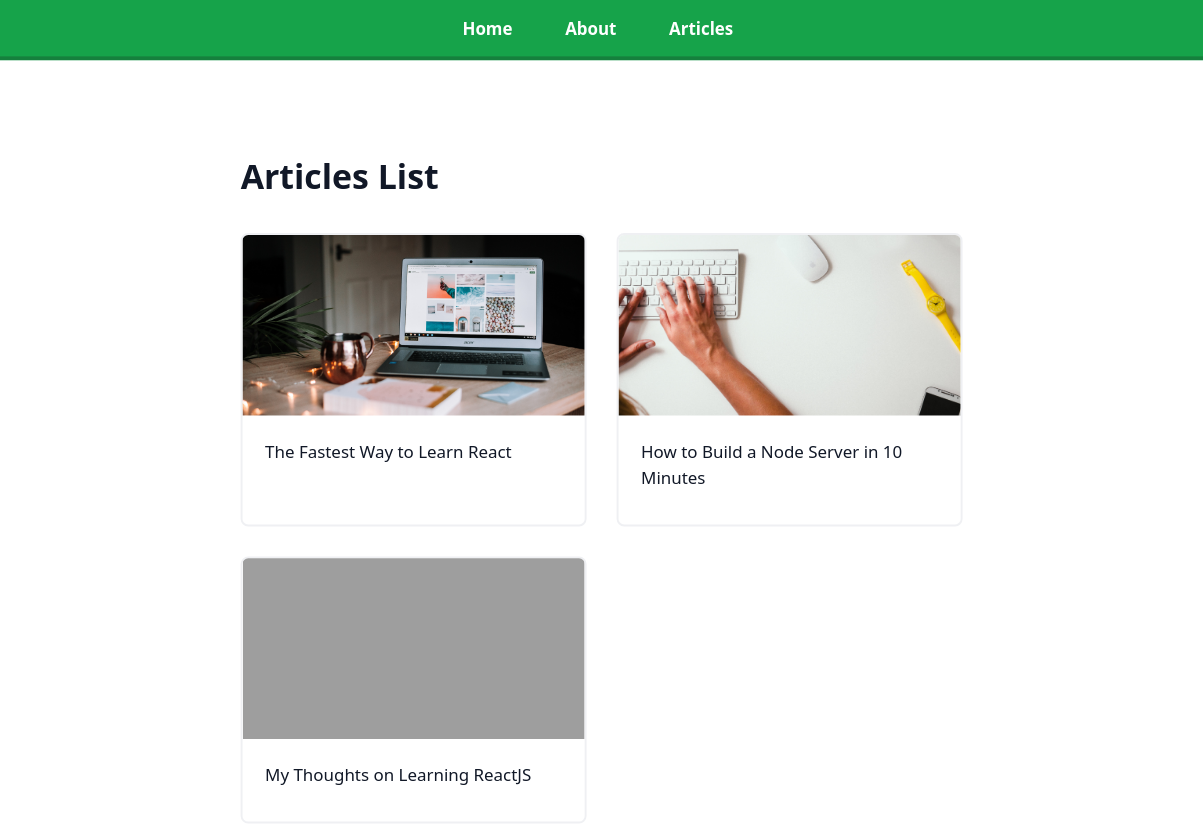
Repository: wenxi0504/BLOG
Page: /articles-list (app in client/)
These files come from the project's save history. The page is drawn as it stood at one moment and after the next save; the edit follows.
The browser window is 1280 px wide. The pictures show the whole page, at 94% of full size.
Pictures or frames that could not be fetched are drawn as grey boxes. The project was rebuilt for these pictures with package versions that can differ from the ones it lists, and the page was loaded fresh each time. Also part of the build but not shown: client/src/pages/Home.js, client/src/pages/About.js, client/src/pages/Article.js.

Above is the page before, as saved 2022-09-08 15:31:26.

### client/src/App.js
import { BrowserRouter as Router,Route, Routes } from 'react-router-dom';
//pages
import Home from './pages/Home'
import About from './pages/About'
import Article from './pages/Article'
import ArticlesList from './pages/ArticlesList'
import Navbar from './components/Navbar';

function App() {
  return (
    <Router>
      <Navbar/>
    <div className='max-w-screen-md mx-auto pt-20'>
    <Routes>
          <Route path="/" element={<Home />} />
          <Route path="/about" element={<About />} />
          <Route path="/articles-list" element={<ArticlesList />} />
           <Route path="/article/:name" element={<Article/> } />
          </Routes>
      </div>
      </Router>
  );
}

export default App;

### client/src/pages/ArticlesList.js
import React from 'react'
import articleContent from './articleContent'
import { Link} from 'react-router-dom'

const ArticlesList = () => {
  return (
      <div>
          <h1 className='sm:text-4xl text-2xl font-bold my-6 text-gray-900'>Articles List</h1>
          <div className="container py-4 mx-auto">
              <div className="flex flex-wrap -m-4">
                  {articleContent.map((article, index) => (
                      <div key={index} className="p-4 md:w-1/2">
                          <div className="h-full border-2 border-gray-200 border-opacity-60 rounded-lg overflow-hidden">
                              <Link to={`/article/${article.name}`}>
                                  <img className='lg:h-48 md:h-36 w-full object-cover object-center' src={ article.thumbnail} alt="blog"/>
                              </Link>
                              <div className='p-6'>
                                  <Link key={index} to={`/article/${article.name}`}>
                                      <h3 className="text-lg font-medium text-gray-900 mb-3">{ article.title}</h3>
                                  </Link>

                              </div>
                          </div>
                      </div>
                  ))}
              </div>
          </div>

    </div>
  )
}

export default ArticlesList

### client/src/components/Navbar.js
import React from 'react'
import { Link} from 'react-router-dom'

const Navbar = () => {
  return (
      <nav className="border-b-4 border-green-700 text-center bg-green-600 font-bold w-full text-lg text-white " fixed top-0>
          <ul>
              <li className='inline-block py-4'>
                  <Link to="/" className='pl-6 pr-8'>Home </Link>
              </li>
              <li className='inline-block py-4'>
                  <Link to="/about" className='pl-6 pr-8'>About</Link>
              </li>
              <li className='inline-block py-4'>
                  <Link to="/articles-list" className='pl-6 pr-8'>Articles </Link>
              </li>
        </ul>
      </nav>
  )
}

export default Navbar

### client/src/pages/articleContent.js
const articles = [
  {
    name: "learn-react",
    title: "The Fastest Way to Learn React",
    thumbnail: "/images/blog1.jpeg",
    content: [
      `Welcome! Today we're going to be talking about the fastest way to learn React. Lorem proin congue ligula id risus posuere, vel eleifend ex egestas. Sed in turpis leo. Aliquam malesuada in massa tincidunt egestas. Nam consectetur varius turpis, non porta arcu porttitor non. In tincidunt vulputate nulla quis egestas. Ut eleifend ut ipsum non fringilla. Praesent imperdiet nulla nec est luctus, at sodales purus euismod.`,
      `Donec vel mauris lectus. Etiam nec lectus urna. Sed sodales ultrices dapibus. Nam blandit tristique risus, eget accumsan nisl interdum eu. Aenean ac accumsan nisi. Nunc vel pulvinar diam. Nam eleifend egestas viverra. Donec finibus lectus sed lorem ultricies, eget ornare leo luctus. Morbi vehicula, nulla eu tempor interdum, nibh elit congue tellus, ac vulputate urna lorem nec nisi. Morbi id consequat quam. Vivamus accumsan dui in facilisis aliquet.`,
      `Etiam nec lectus urna. Sed sodales ultrices dapibus. Nam blandit tristique risus, eget accumsan nisl interdum eu. Aenean ac accumsan nisi. Nunc vel pulvinar diam. Nam eleifend egestas viverra. Donec finibus lectus sed lorem ultricies, eget ornare leo luctus. Morbi vehicula, nulla eu tempor interdum, nibh elit congue tellus, ac vulputate urna lorem nec nisi. Morbi id consequat quam. Vivamus accumsan dui in facilisis aliquet.`,
    ],
  },
  {
    name: "learn-node",
    title: "How to Build a Node Server in 10 Minutes",
    thumbnail: "/images/blog2.jpeg",
    content: [
      `In this article, we're going to be talking looking at a very quick way to set up a Node.js server. We'll be discussing some topics such as proin congue ligula id risus posuere, vel eleifend ex egestas. Sed in turpis leo. Aliquam malesuada in massa tincidunt egestas. Nam consectetur varius turpis, non porta arcu porttitor non. In tincidunt vulputate nulla quis egestas. Ut eleifend ut ipsum non fringilla. Praesent imperdiet nulla nec est luctus, at sodales purus euismod.`,
      `Donec vel mauris lectus. Etiam nec lectus urna. Sed sodales ultrices dapibus. Nam blandit tristique risus, eget accumsan nisl interdum eu. Aenean ac accumsan nisi. Nunc vel pulvinar diam. Nam eleifend egestas viverra. Donec finibus lectus sed lorem ultricies, eget ornare leo luctus. Morbi vehicula, nulla eu tempor interdum, nibh elit congue tellus, ac vulputate urna lorem nec nisi. Morbi id consequat quam. Vivamus accumsan dui in facilisis aliquet.`,
      `Etiam nec lectus urna. Sed sodales ultrices dapibus. Nam blandit tristique risus, eget accumsan nisl interdum eu. Aenean ac accumsan nisi. Nunc vel pulvinar diam. Nam eleifend egestas viverra. Donec finibus lectus sed lorem ultricies, eget ornare leo luctus. Morbi vehicula, nulla eu tempor interdum, nibh elit congue tellus, ac vulputate urna lorem nec nisi. Morbi id consequat quam. Vivamus accumsan dui in facilisis aliquet.`,
    ],
  },
  {
    name: "my-thoughts-on-learning-react",
    title: "My Thoughts on Learning ReactJS",
    thumbnail: "/images/blog3.jpeg",
    content: [
      `Today is the day I talk about something which scares most people: Learning ReactJS. In reality, I'm not sure why people have such a hard time with Learning ReactJS ligula id risus posuere, vel eleifend ex egestas. Sed in turpis leo. Aliquam malesuada in massa tincidunt egestas. Nam consectetur varius turpis, non porta arcu porttitor non. In tincidunt vulputate nulla quis egestas. Ut eleifend ut ipsum non fringilla. Praesent imperdiet nulla nec est luctus, at sodales purus euismod.`,
      `Donec vel mauris lectus. Etiam nec lectus urna. Sed sodales ultrices dapibus. Nam blandit tristique risus, eget accumsan nisl interdum eu. Aenean ac accumsan nisi. Nunc vel pulvinar diam. Nam eleifend egestas viverra. Donec finibus lectus sed lorem ultricies, eget ornare leo luctus. Morbi vehicula, nulla eu tempor interdum, nibh elit congue tellus, ac vulputate urna lorem nec nisi. Morbi id consequat quam. Vivamus accumsan dui in facilisis aliquet.`,
      `Etiam nec lectus urna. Sed sodales ultrices dapibus. Nam blandit tristique risus, eget accumsan nisl interdum eu. Aenean ac accumsan nisi. Nunc vel pulvinar diam. Nam eleifend egestas viverra. Donec finibus lectus sed lorem ultricies, eget ornare leo luctus. Morbi vehicula, nulla eu tempor interdum, nibh elit congue tellus, ac vulputate urna lorem nec nisi. Morbi id consequat quam. Vivamus accumsan dui in facilisis aliquet.`,
    ],
  },
];
export default articles;

Loaded but not shown: client/public/index.html (common file); client/src/index.js (common file); client/src/index.css (common file); client/src/reportWebVitals.js (common file); client/tailwind.config.js (common file)

After the next save:
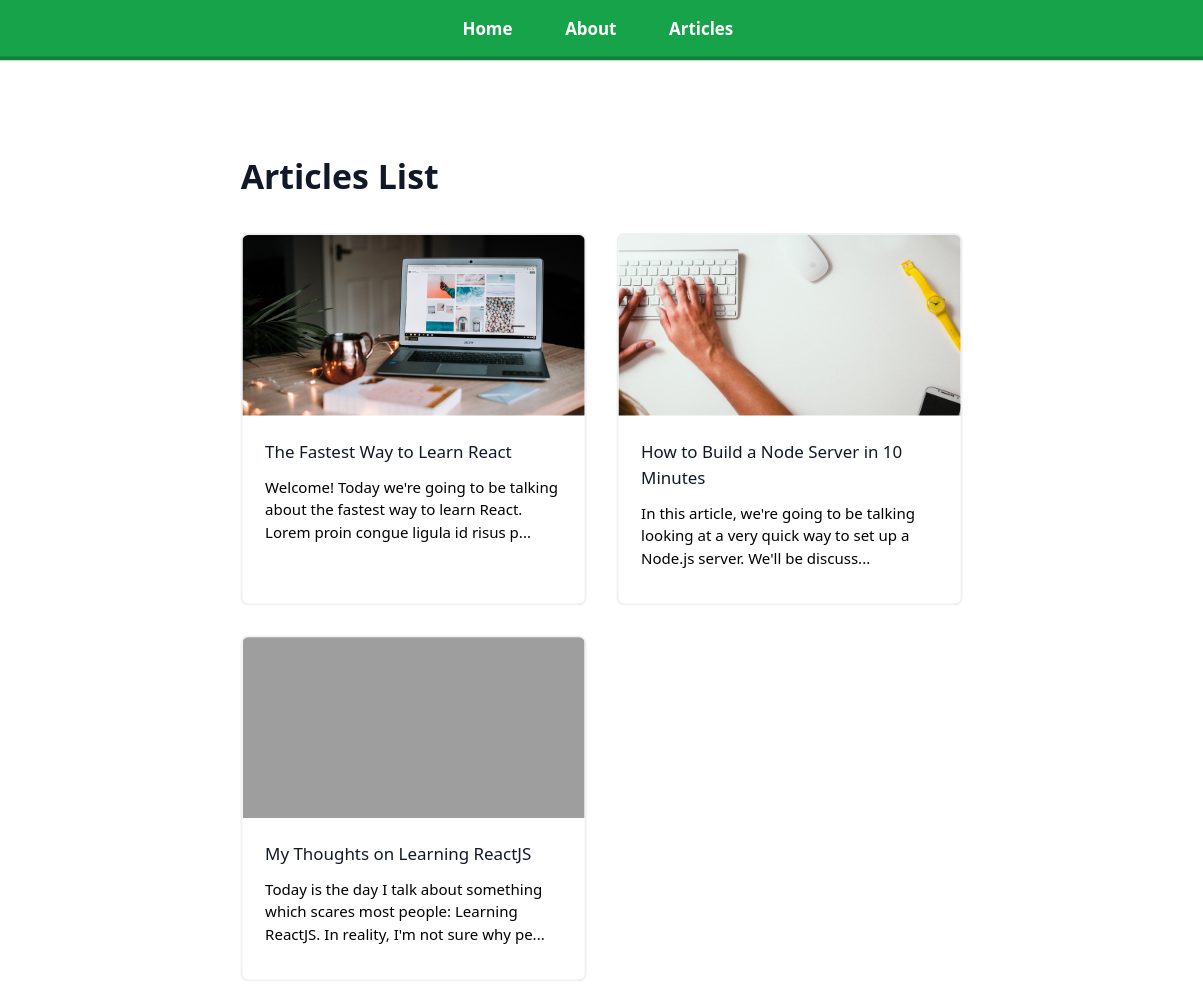
Saved 91 s later.
--- a/client/src/pages/ArticlesList.js
+++ b/client/src/pages/ArticlesList.js
@@ -18,7 +18,9 @@ const ArticlesList = () => {
                                   <Link key={index} to={`/article/${article.name}`}>
                                       <h3 className="text-lg font-medium text-gray-900 mb-3">{ article.title}</h3>
                                   </Link>
-
+                                  <p className='leading-relax mb-3'>
+                                      { article.content[0].substring(0,115)}...
+                                  </p>
                               </div>
                           </div>
                       </div>
